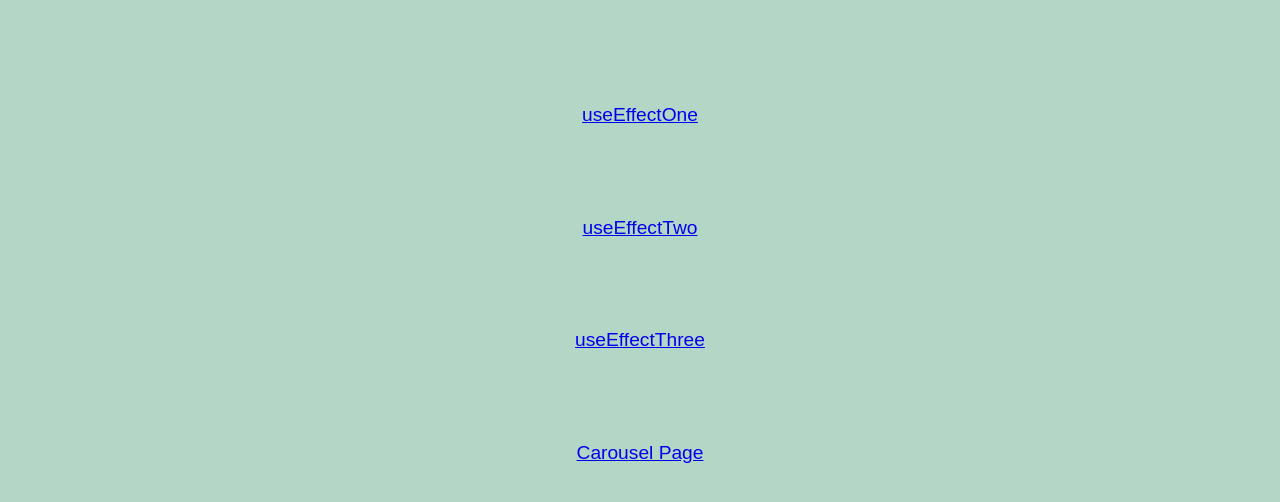
Repository: jennydmcm/useeffect-carousel
Page: /
These files come from the project's save history. The page is drawn as it stood at one moment and after the next save; the edit follows.
The browser window is 1280 px wide. The pictures show the whole page.
The project was rebuilt for these pictures with package versions that can differ from the ones it lists, and the page was loaded fresh each time. The framework's server and built-in components were replaced by stand-ins that run in the browser. Also part of the build but not shown: next.config.js.

Above is the page before, as saved 2023-02-23 18:39:43.

After the next save:
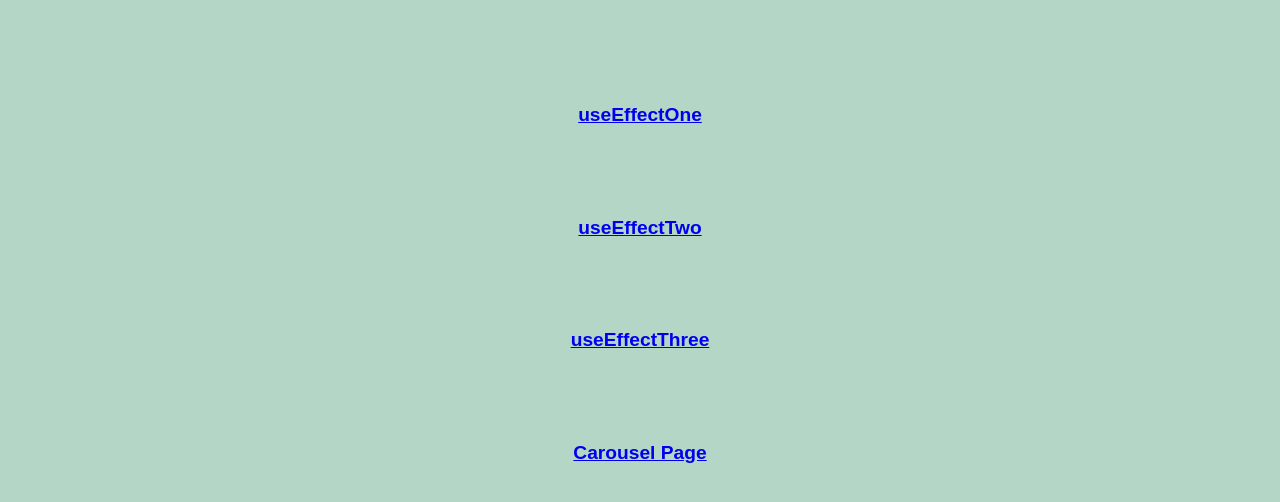
Saved 8 s later.
--- a/styles/Home.module.css
+++ b/styles/Home.module.css
@@ -10,4 +10,5 @@
 .link {
   font-family: Arial, Helvetica, sans-serif;
   font-size: larger;
+  font-weight: bolder;
 }
